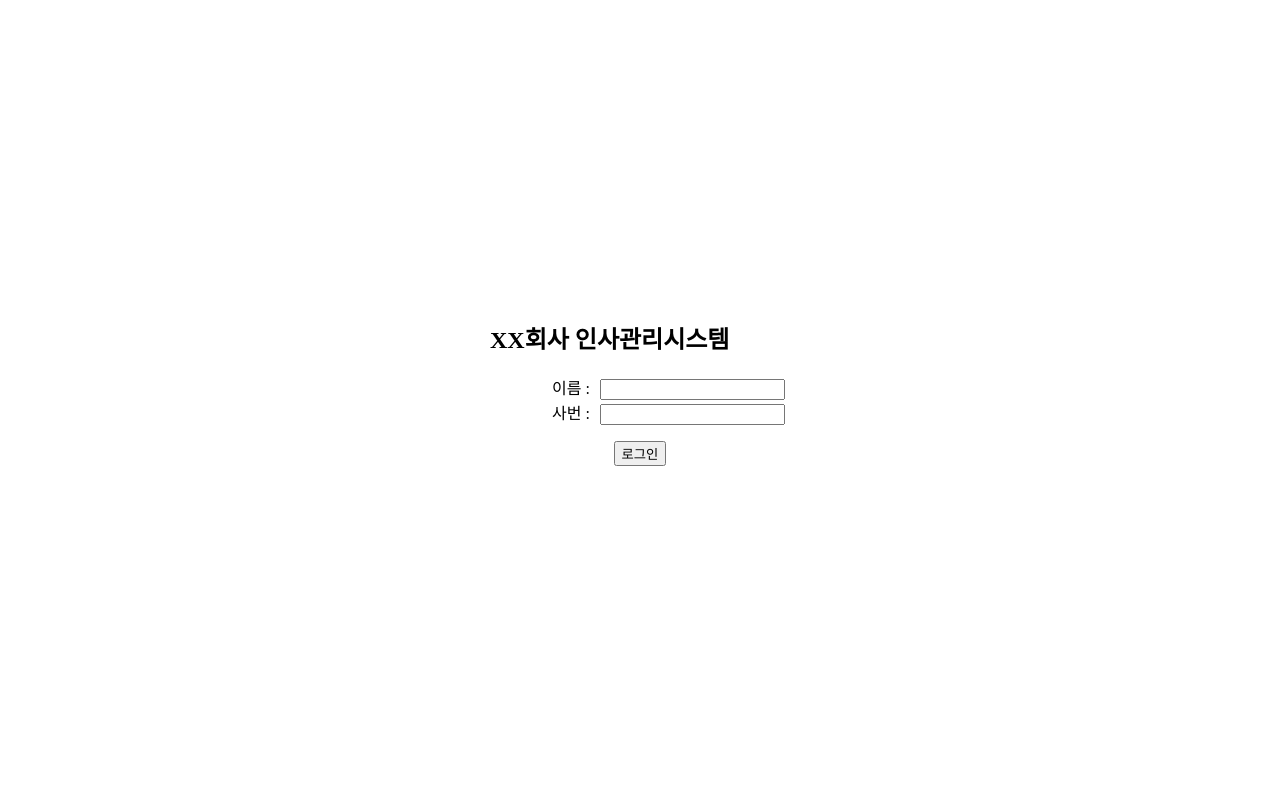
Repository: KangJinSol/jsp
Page: http://localhost/StudentProject/university_login.jsp
An editor plug-in stored every save of this project. The page is shown before and after the next save, followed by the edit.
The browser window is 1280 px wide. The pictures show the whole page.
The page is served by Tomcat 9. Other server files are loaded and not shown.

Above is the page before, as saved 2021-01-22 09:32:21.

### jsp/StudentProject/WebContent/university_login.jsp
<%@ page language="java" contentType="text/html; charset=UTF-8"
    pageEncoding="UTF-8"%>
<!DOCTYPE html>
<html>
<head>
<meta charset="UTF-8">
<title>로그인</title>
<style>
.container{
	width:300px;
	margin:100px auto;
	height: 600px;
	padding-top:200px;
	box-sizing: border-box;
}
label{
	width:100px;
	display:inline-block;
	text-align: right;
	padding-right:10px;
}
p{
	text-align: center;
}
</style>
</head>
<body>

	<div class="container">
		<h2>XX회사 인사관리시스템</h2>
		<form method="post" action="login.do">
			<label for="name">이름 : </label><input type="text" name="name" id="name"><br>
			<label for="sabun">사번 : </label><input type="password" name="sabun" id="sabun"><br>
			<p>
			<button type="submit">로그인</button>
			</p>
		</form>
	</div>

</body>
</html>

After the next save:
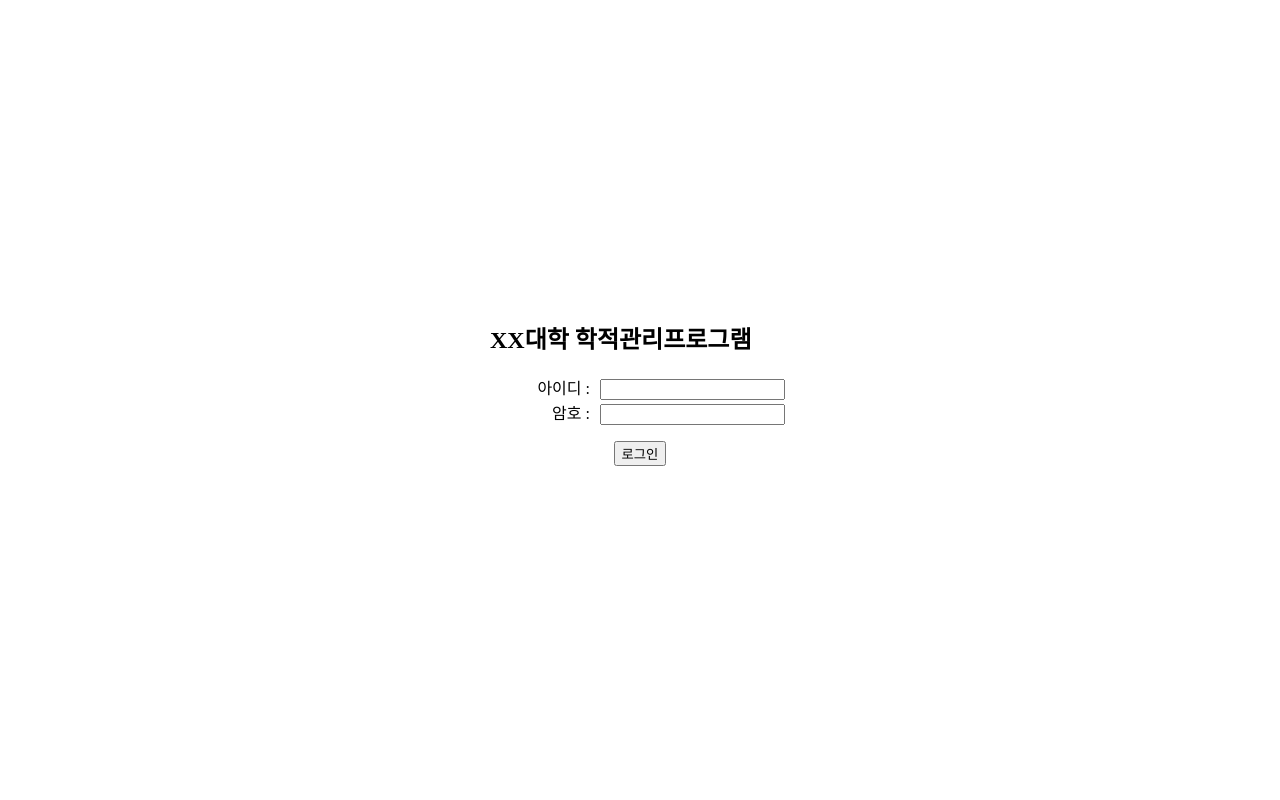
Saved 103 s later.
--- a/jsp/StudentProject/WebContent/university_login.jsp
+++ b/jsp/StudentProject/WebContent/university_login.jsp
@@ -27,10 +27,10 @@ p{
 <body>
 
 	<div class="container">
-		<h2>XX회사 인사관리시스템</h2>
+		<h2>XX대학 학적관리프로그램</h2>
 		<form method="post" action="login.do">
-			<label for="name">이름 : </label><input type="text" name="name" id="name"><br>
-			<label for="sabun">사번 : </label><input type="password" name="sabun" id="sabun"><br>
+			<label for="name">아이디 : </label><input type="text" name="id" id="id"><br>
+			<label for="sabun">암호 : </label><input type="password" name="pass" id="pass"><br>
 			<p>
 			<button type="submit">로그인</button>
 			</p>
